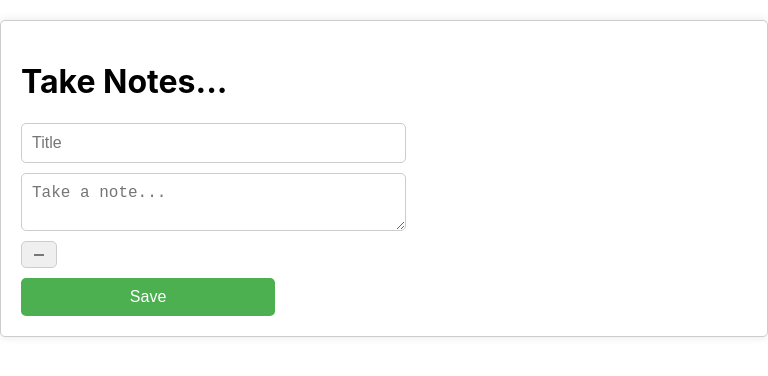
Repository: drumsmanku/google-keep-clone-1
Page: /
An editor plug-in stored every save of this project. The page is shown before and after the next save, followed by the edit.
The browser window is 768 px wide. The pictures show the whole page.
The project was rebuilt for these pictures with package versions that can differ from the ones it lists, and the page was loaded fresh each time. Also part of the build but not shown: src/Components/Note.css, src/Components/Note.js.

Above is the page before, as saved 2023-12-23 11:09:07.

After the next save:
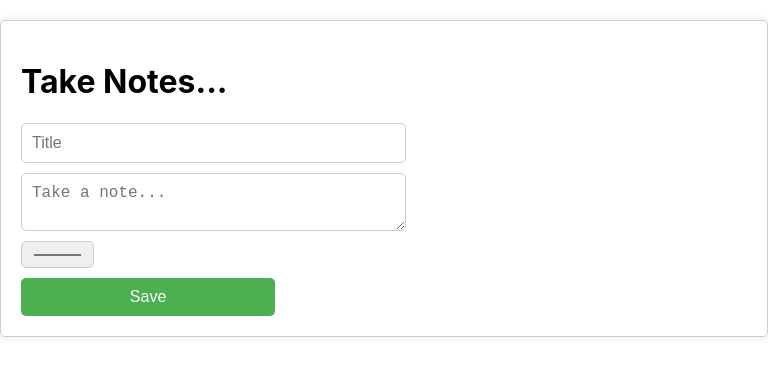
Saved 27 s later.
--- a/src/Components/NoteForm.css
+++ b/src/Components/NoteForm.css
@@ -44,4 +44,8 @@
   .note-form button{
     width: 35%;
   }
+
+  .note-form input[type='color']{
+    width: 10%;
+  }
 }
